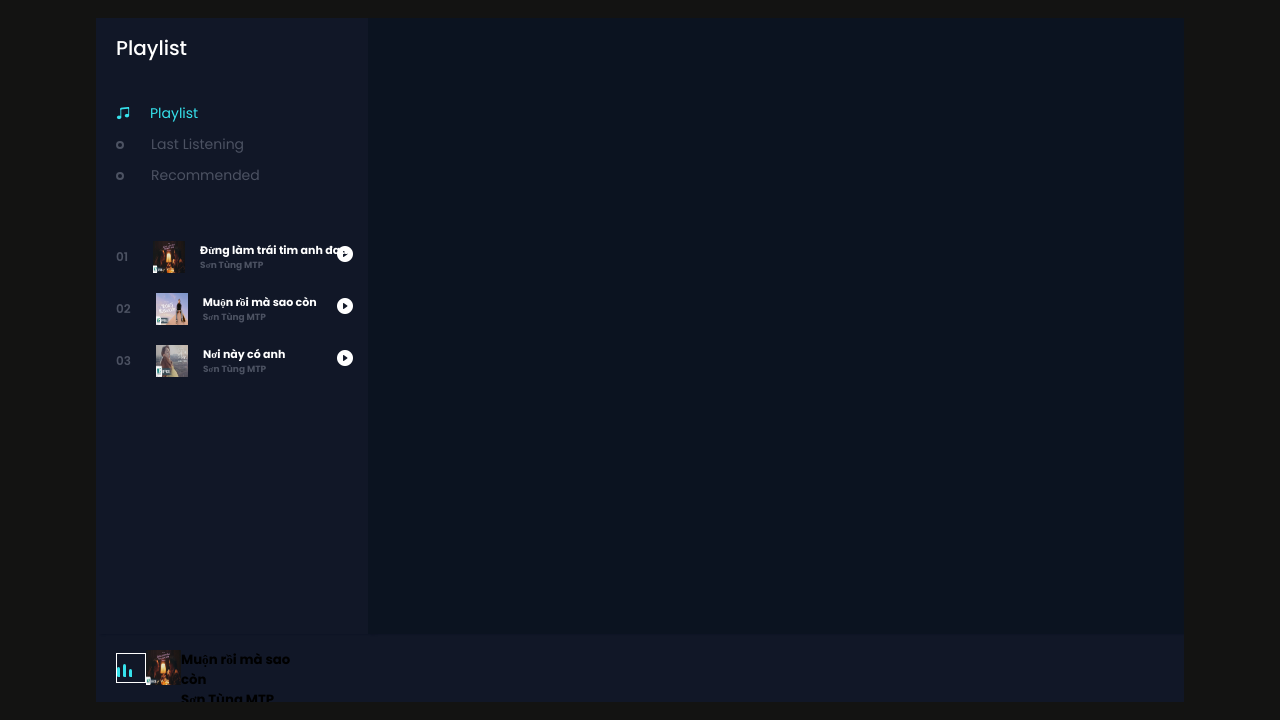
Repository: reminzuetto/Music-Website
Page: index.html
The author's editor kept a copy of each file at every save. The page is drawn from the files as they stood at one save, then again after the next save.
The browser window is 1280 px wide. The pictures show the whole page.

Above is the page before, as saved 2024-06-10 23:34:26.

After the next save:
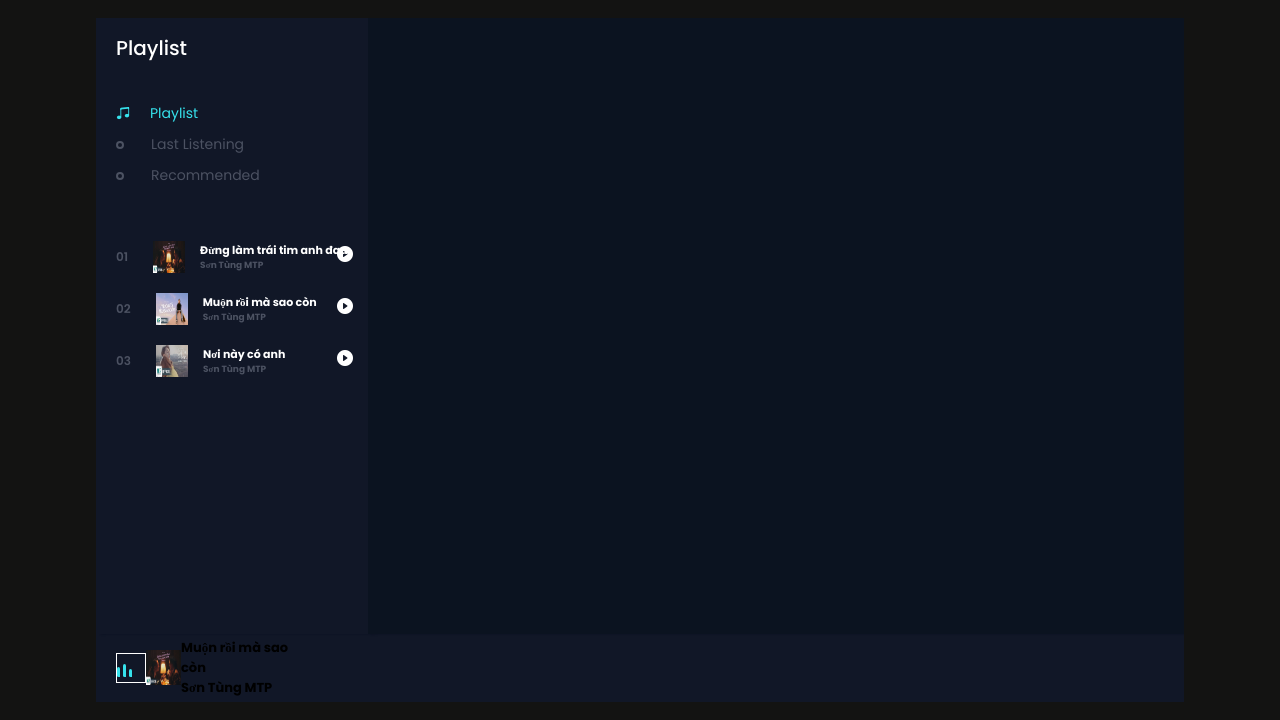
Saved 14 s later.
--- a/style.css
+++ b/style.css
@@ -217,5 +217,5 @@ header .master_play img {
 
 header .master_play h5 {
   width: 130px;
-  height: 35px;
-}
+  font-size: 13px;
+}
